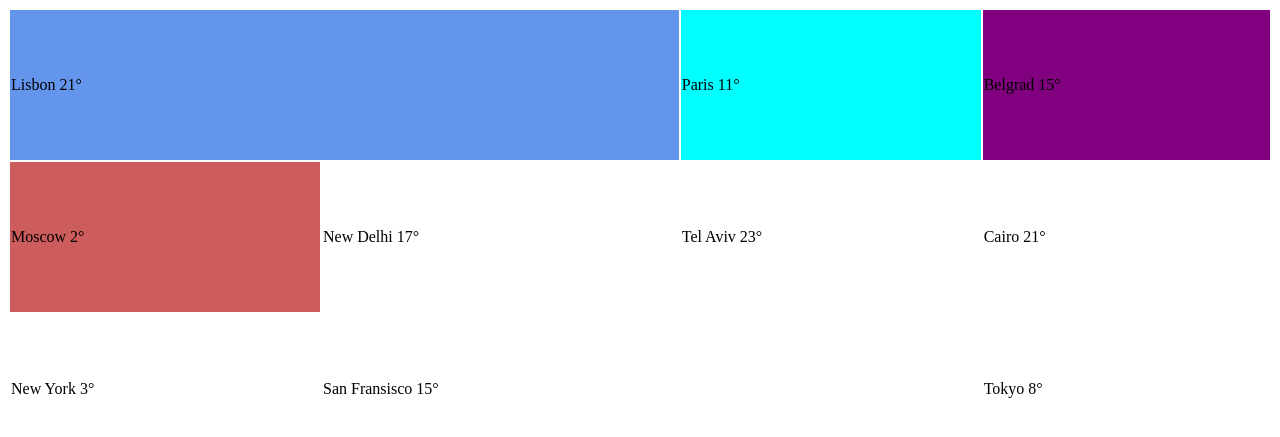
Repository: aysedo/html
Page: Week_2/index.html
The author's editor kept a copy of each file at every save. The page is drawn from the files as they stood at one save, then again after the next save.
The browser window is 1280 px wide. The pictures show the whole page.

Above is the page before, as saved 2021-08-24 14:38:46.

### Week_2/index.html
<!DOCTYPE html>
<html lang="en">
  <head>
    <meta charset="UTF-8" />
    <meta http-equiv="X-UA-Compatible" content="IE=edge" />
    <meta name="viewport" content="width=device-width, initial-scale=1.0" />
    <title>Document</title>
  </head>
  <body>
    <table width="100%">
      <tr height="150">
        <td colspan="2" bgcolor="cornflowerblue"> Lisbon 21° </td>
        <td bgcolor="Aqua"> Paris 11° </td>
        <td bgcolor="Purple">Belgrad 15°</td>
      </tr>
      <tr height="150">
        <td bgcolor="Indianred"> Moscow 2° </td>
        <td bgcolor=""> New Delhi 17° </td>
        <td> Tel Aviv 23°</td>
        <td> Cairo 21° </td>
      </tr>
      <tr height="150">
        <td> New York 3°</td>
        <td colspan="2"> San Fransisco 15° </td>
        <td> Tokyo 8° </td>
      </tr>
    </table>
  </body>
</html>

After the next save:
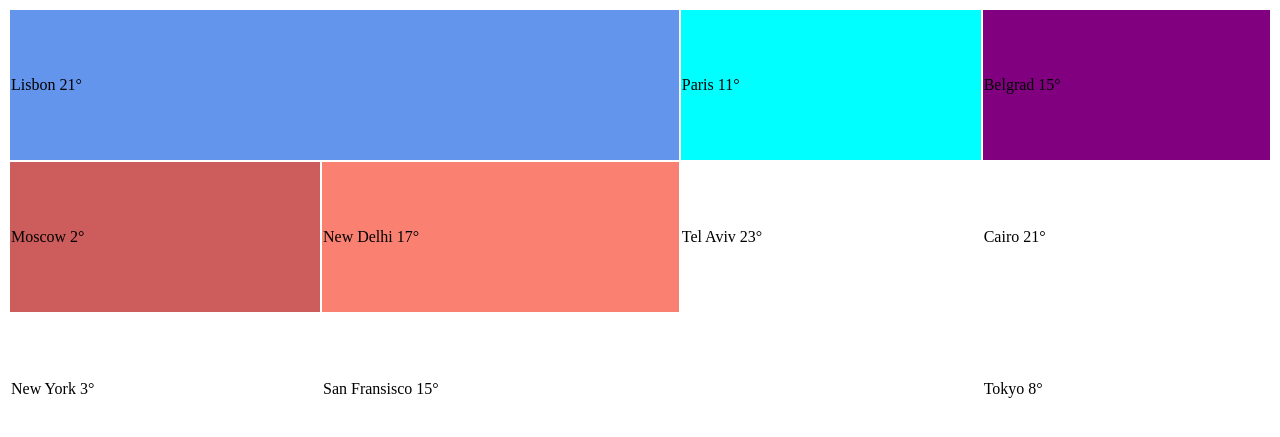
Saved 33 s later.
--- a/Week_2/index.html
+++ b/Week_2/index.html
@@ -15,7 +15,7 @@
       </tr>
       <tr height="150">
         <td bgcolor="Indianred"> Moscow 2° </td>
-        <td bgcolor=""> New Delhi 17° </td>
+        <td bgcolor="Salmon"> New Delhi 17° </td>
         <td> Tel Aviv 23°</td>
         <td> Cairo 21° </td>
       </tr>
